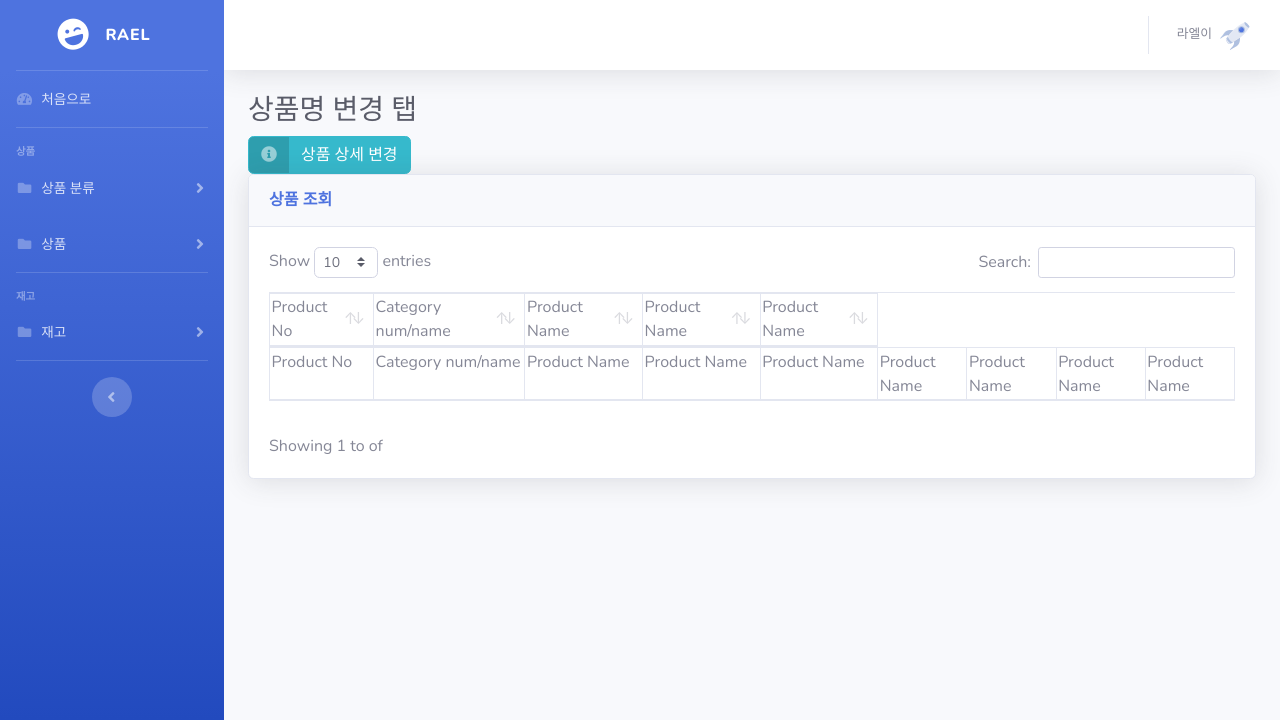
Repository: sww232/springRaelProject
Page: http://localhost/rael/WEB-INF/views/product/product_update.jsp
The author's editor kept a copy of each file at every save. The page is drawn from the files as they stood at one save, then again after the next save.
The browser window is 1280 px wide. The pictures show the whole page.
The page is served by Tomcat 9. Nobody is signed in. The template is opened directly, without the code that normally fills it, so the values that code supplies are empty.

Above is the page before, as saved 2022-10-07 04:15:38.
Console error: TypeError: Cannot set properties of undefined (setting 'nTf')

After the next save:
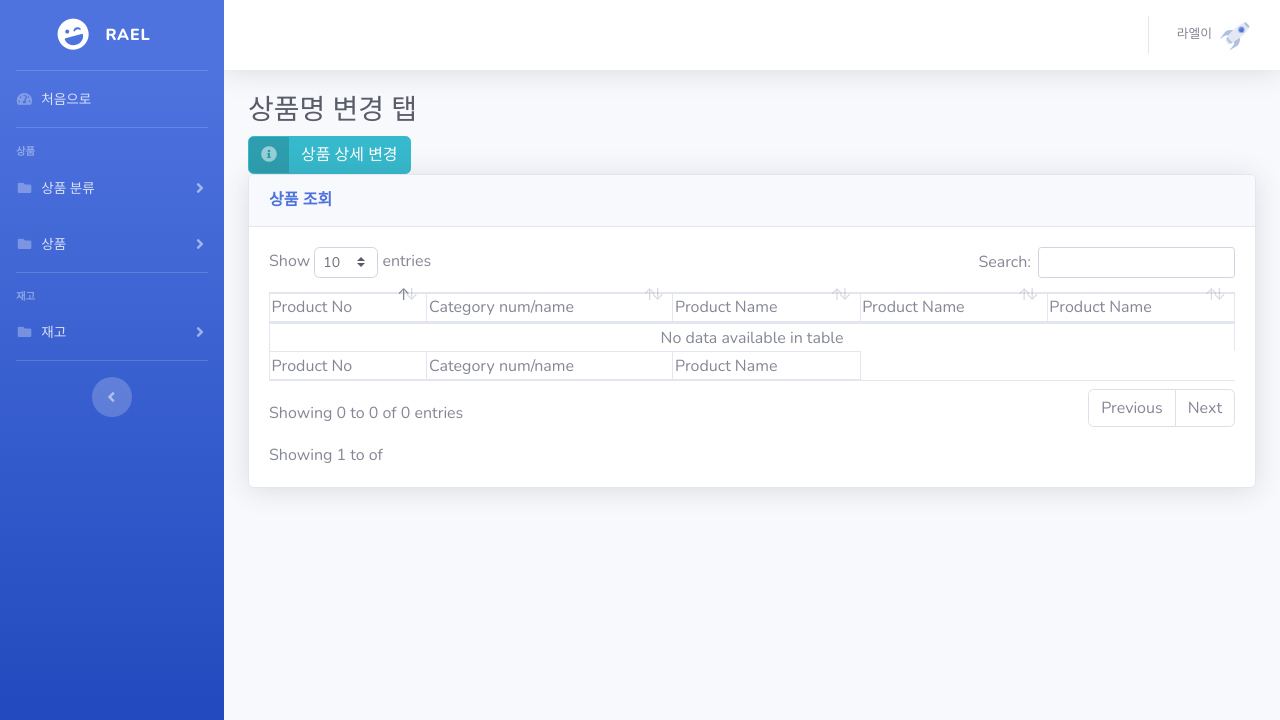
The error is gone.
Saved 20 s later.
--- a/raelproject3/rael/src/main/webapp/WEB-INF/views/product/product_update.jsp
+++ b/raelproject3/rael/src/main/webapp/WEB-INF/views/product/product_update.jsp
@@ -346,12 +346,6 @@
 													<tr>
 														<td>Product No</td>
 														<td>Category num/name</td>
-														<td>Product Name</td>
-														<td>Product Name</td>
-														<td>Product Name</td>
-														<td>Product Name</td>
-														<td>Product Name</td>
-														<td>Product Name</td>
 														<td>Product Name</td>
 													</tr>
 												</tfoot>
